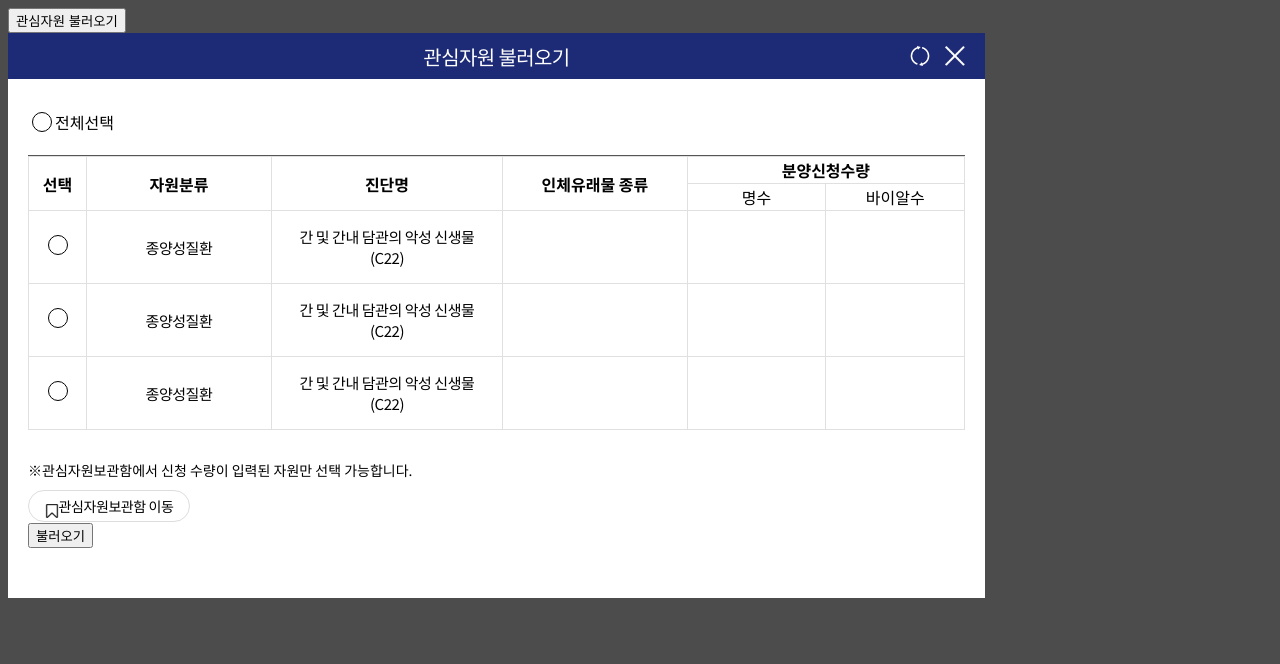
Repository: dlgywls1130/one_popup
Page: index.html
The author's editor kept a copy of each file at every save. The page is drawn from the files as they stood at one save, then again after the next save.
The browser window is 1280 px wide. The pictures show the whole page.
After loading, the first visible `button.click_modal` was clicked once.
Some web fonts or font styles are not loaded; a fallback is used.

Above is the page before, as saved 2023-10-25 22:28:06.

After the next save:
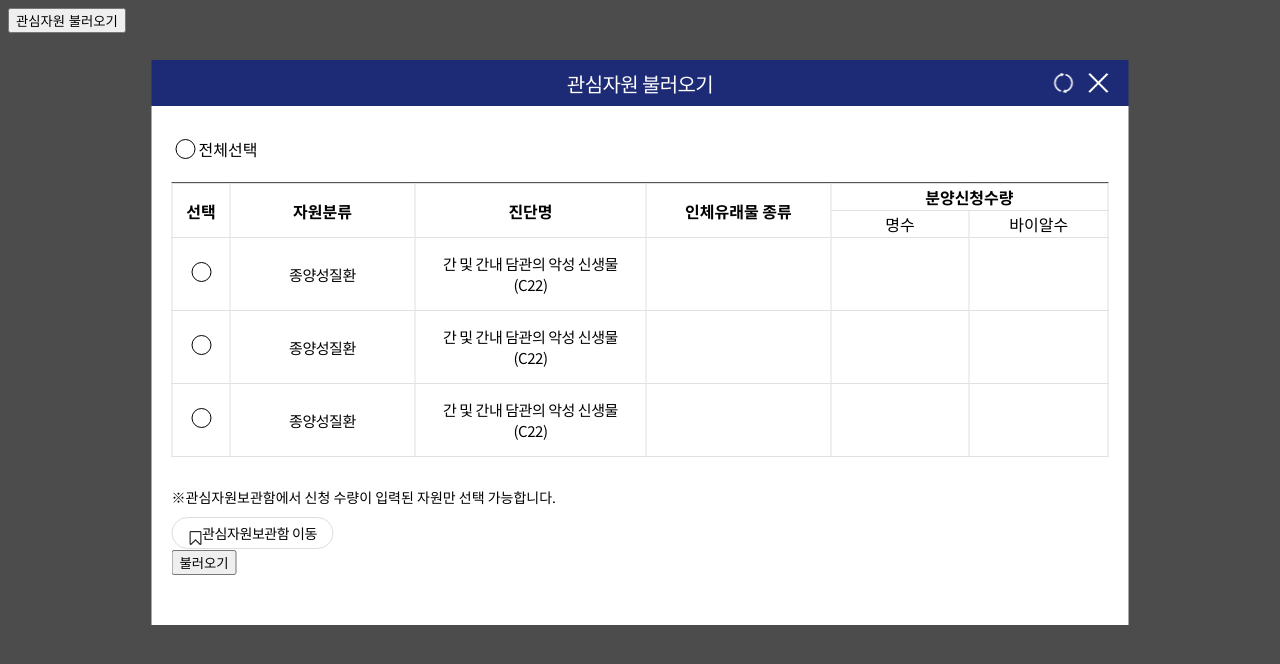
Saved 46 s later.
--- a/style.css
+++ b/style.css
@@ -151,6 +151,11 @@ height: 14px;
     width: 977px;
     height: 600px;
     display: none;
+    position: absolute;
+    top: 50%;
+    left: 50%;
+    transform: translate(-50%,-50%);
+    z-index: 9;
 }
 
 .modal_body{
